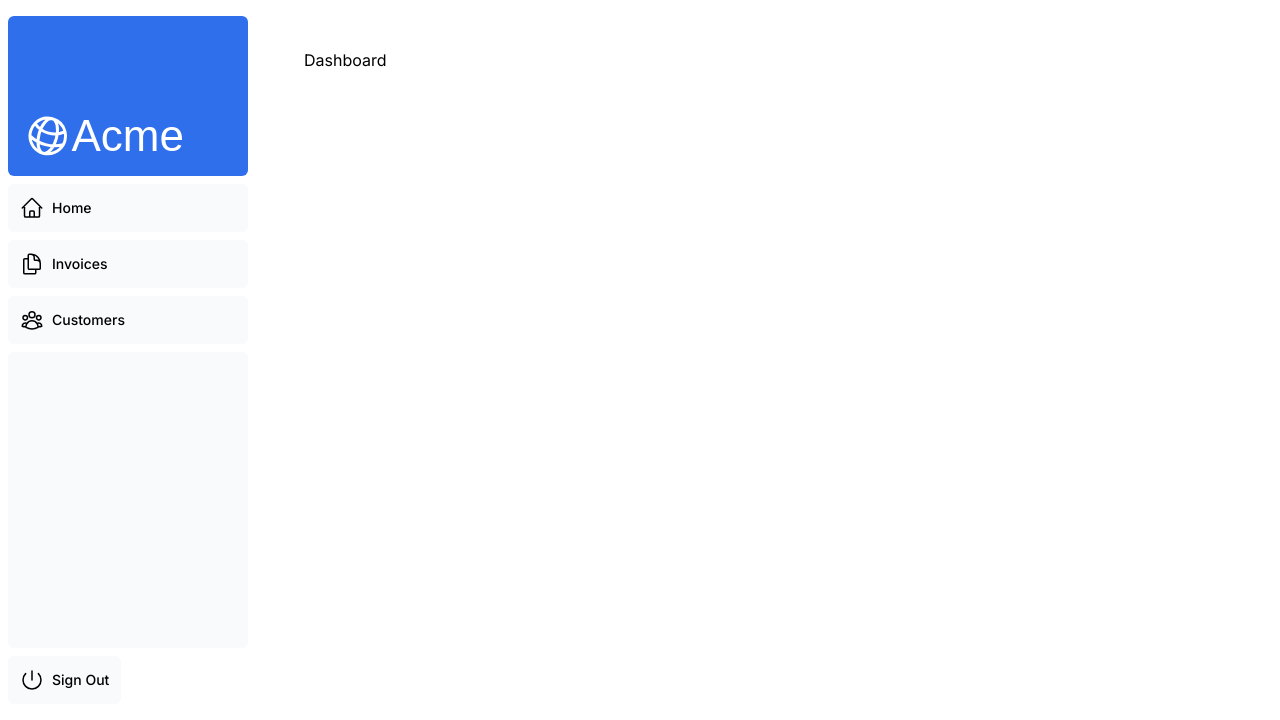
Repository: ShifanaFacts/NextjsTest1
Page: /dashboard
These files come from the project's save history. The page is drawn as it stood at one moment and after the next save; the edit follows.
The browser window is 1280 px wide. The pictures show the whole page.
Some web fonts or font styles are not loaded; a fallback is used. The project was rebuilt for these pictures with package versions that can differ from the ones it lists, and the page was loaded fresh each time. The framework's server and built-in components were replaced by stand-ins that run in the browser. Also part of the build but not shown: next.config.js.

Above is the page before, as saved 2023-11-07 17:53:52.

After the next save:
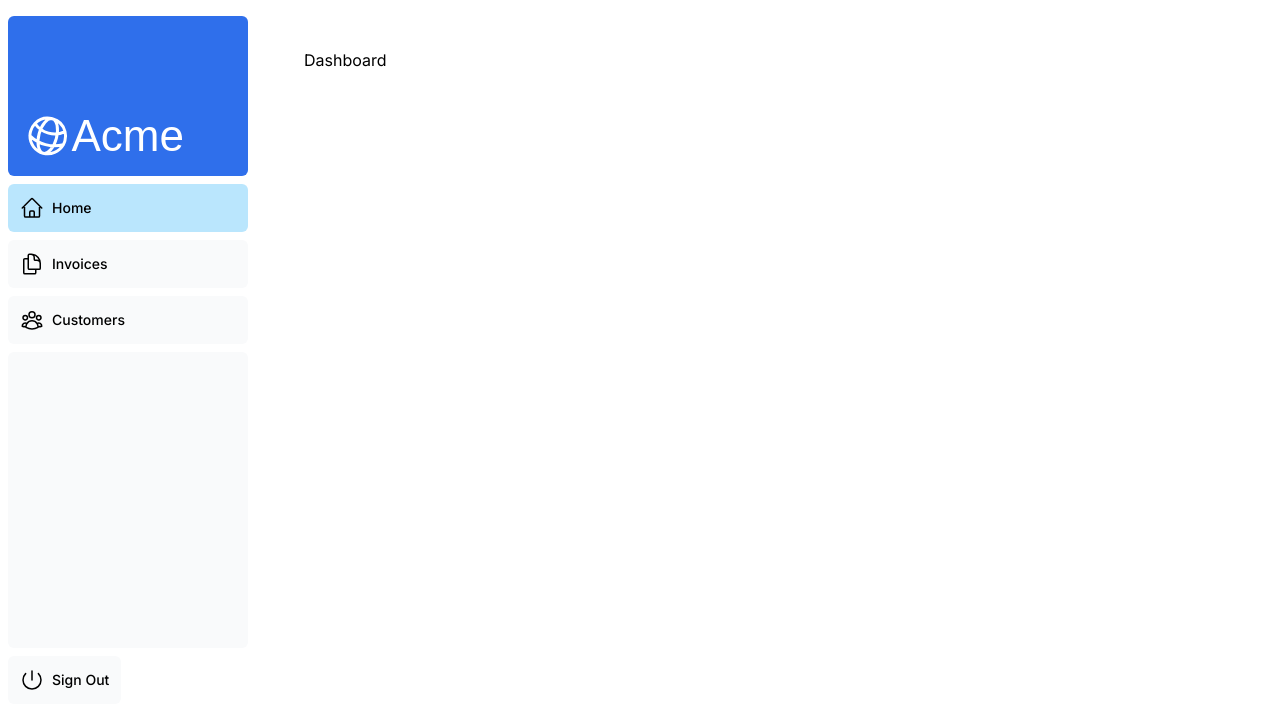
Saved 9 min 0 s later.
--- a/app/ui/dashboard/nav-links.tsx
+++ b/app/ui/dashboard/nav-links.tsx
@@ -1,9 +1,12 @@
+"use client"
 import {
   UserGroupIcon,
   HomeIcon,
   DocumentDuplicateIcon,
 } from '@heroicons/react/24/outline';
 import Link from 'next/link';
+import { usePathname } from 'next/navigation';
+import clsx from 'clsx';
 
 // Map of links to display in the side navigation.
 // Depending on the size of the application, this would be stored in a database.
@@ -19,6 +22,8 @@
   icon: UserGroupIcon },
 ];
 
+const pathname=usePathname();
+
 export default function NavLinks() {
   return (
     <>
@@ -28,7 +33,15 @@
           <Link
             key={link.name}
             href={link.href}
-            className="flex h-[48px] grow items-center justify-center gap-2 rounded-md bg-gray-50 p-3 text-sm font-medium hover:bg-sky-100 hover:text-blue-600 md:flex-none md:justify-start md:p-2 md:px-3"
+            className={
+              clsx(
+            "flex h-[48px] grow items-center justify-center gap-2 rounded-md bg-gray-50 p-3 text-sm font-medium hover:bg-sky-100 hover:text-blue-600 md:flex-none md:justify-start md:p-2 md:px-3",
+            {
+               "bg-sky-200 " : pathname === link.href
+            }
+              )
+
+            }
           >
             <LinkIcon className="w-6" />
             <p className="hidden md:block">{link.name}</p>
